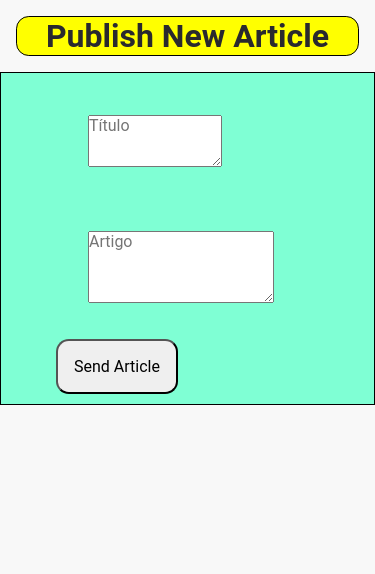
Repository: batmit/publish_articles
Page: /publish
These files come from the project's save history. The page is drawn as it stood at one moment and after the next save; the edit follows.
The browser window is 375 px wide. The pictures show the whole page.
The project was rebuilt for these pictures with package versions that can differ from the ones it lists, and the page was loaded fresh each time. Also part of the build but not shown: src/pages/articles.tsx, src/pages/article.tsx, src/pages/Home.tsx.

Above is the page before, as saved 2021-06-29 18:47:35.

### public/index.html
<!DOCTYPE html>
<html lang="en">
  <head>
    <meta charset="utf-8" />
    <meta name="viewport" content="width=device-width, initial-scale=1" />
    <meta name="theme-color" content="#000000" />
    <meta
      name="description"
      content="Web site created using create-react-app"
    />
    <title>publish_articles</title>
  </head>
  <body>
    <noscript>You need to enable JavaScript to run this app.</noscript>
    <div id="root"></div>
    <!--
      This HTML file is a template.
      If you open it directly in the browser, you will see an empty page.

      You can add webfonts, meta tags, or analytics to this file.
      The build step will place the bundled scripts into the <body> tag.

      To begin the development, run `npm start` or `yarn start`.
      To create a production bundle, use `npm run build` or `yarn build`.
    -->
  </body>
</html>

### src/App.tsx
import React from 'react';
import { BrowserRouter, Route } from 'react-router-dom';
import { Articles } from './pages/articles';

import {Article} from './pages/article'

import {Home} from './pages/Home';
import { Publish_Articles } from './pages/publish_articles';

import './styles/global.scss';



function App() {
  return (

    <BrowserRouter>

      <Route path='/' exact component={Home} />

      <Route path='/articles' exact component={Articles} />

      <Route path='/articles/:id' component={Article} />

      <Route path='/publish' exact component={Publish_Articles} />



    </BrowserRouter>

  );
}

export default App;

### src/pages/publish_articles.tsx
import { FormEvent, useState } from "react";
import { useHistory } from "react-router-dom";
import { database } from "../services/firebase";

export function Publish_Articles() {

    const [title, setNewTitle] = useState('');

    const [article, setNewArticle] = useState('');

    const history = useHistory();

    async function handleSendArticle(event: FormEvent) {

        event.preventDefault();

        await database.ref(`articles/${title}`).push(article);

        setNewArticle('');

        setNewTitle('');

        history.push(`articles/${title}`)

    };

    return (
        <>
            <header>
                <h1>Publish New Article</h1>
            </header>

            <main>
                <form onSubmit={handleSendArticle}>
                        <textarea
                            className="title"
                            placeholder="Título"
                            onChange={event => setNewTitle(event.target.value)}
                            value={title}
                        />


                        <textarea
                            placeholder="Artigo"
                            onChange={event => setNewArticle(event.target.value)}
                            value={article}
                        />

                        <div className="form-footer">
                            <button type='submit'>Send Article</button>
                        </div>

                </form>
            </main>
        </>
    );
}

### src/styles/global.scss
* {
    margin: 0;
    padding: 0;
    box-sizing: boder-box;
}

body{
    background: #f8f8f8;
    color: #29292e;
}

body, input, button, textarea {
    font: 400 16px 'Roboto', sans-serif ; // se não rodar o Roboto pega o sans-serif
}

header {
    text-align: center;
    justify-content: center;
    align-items: center;
    background: yellow;
    border: 1px solid black;
    border-radius: 0.8rem;
    margin: 1rem;
}

main {
    align-items: center;
    justify-content: center;
    display: flex;
    gap: 10px;
    background: aquamarine;
    border: 1px solid black;
    padding: 10px;


}

button {
    padding: 1rem;
    border-radius: 0.8rem;
    gap: 10px;
    transition: 0.2s;
}

button:hover {
    background-color: white;

}

form {
    .title {
        display: block;
        width: 500px;
        height: 50px;
        margin: 2rem;
    }

    textarea{
        width: 500px;
        height: 200px;
        margin: 2rem;
    }
}

@media (max-width: 600px) {
    form {
        align-items: center;

        textarea{
            width: 70%;
            height: 70px;
        }

        .title {
            width: 50%;
            height: 50px;
        }
    }

}

### src/services/firebase.ts
import firebase from 'firebase/app'; // tem que baixar primeira yarn add firebase

import 'firebase/auth';
import 'firebase/database';

const firebaseConfig = {
    apiKey: "AIzaSyAnqsPR26s-jH9kgIT35JRFnFNwjQIPuWg",
    authDomain: "publish-articles-5a753.firebaseapp.com",
    databaseURL: "https://publish-articles-5a753-default-rtdb.firebaseio.com",
    projectId: "publish-articles-5a753",
    storageBucket: "publish-articles-5a753.appspot.com",
    messagingSenderId: "1038663375307",
    appId: "1:1038663375307:web:9e3542b0440fa2c5873e4e"
};

firebase.initializeApp(firebaseConfig); //inicio

const auth = firebase.auth(); // vou exportar
const database = firebase.database()

export { firebase, auth, database }

Loaded but not shown: src/index.tsx (common file)

After the next save:
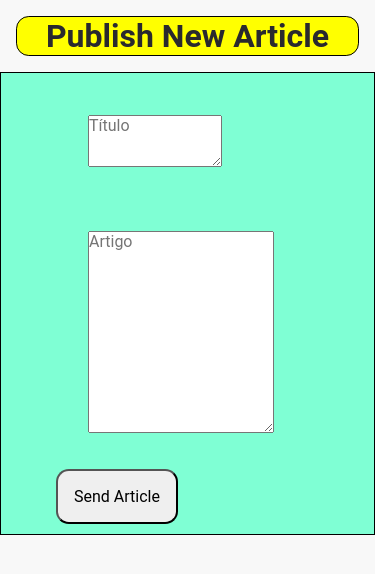
Saved 8 s later.
--- a/src/styles/global.scss
+++ b/src/styles/global.scss
@@ -68,7 +68,7 @@ form {
 
         textarea{
             width: 70%;
-            height: 70px;
+            height: 200px;
         }
 
         .title {
